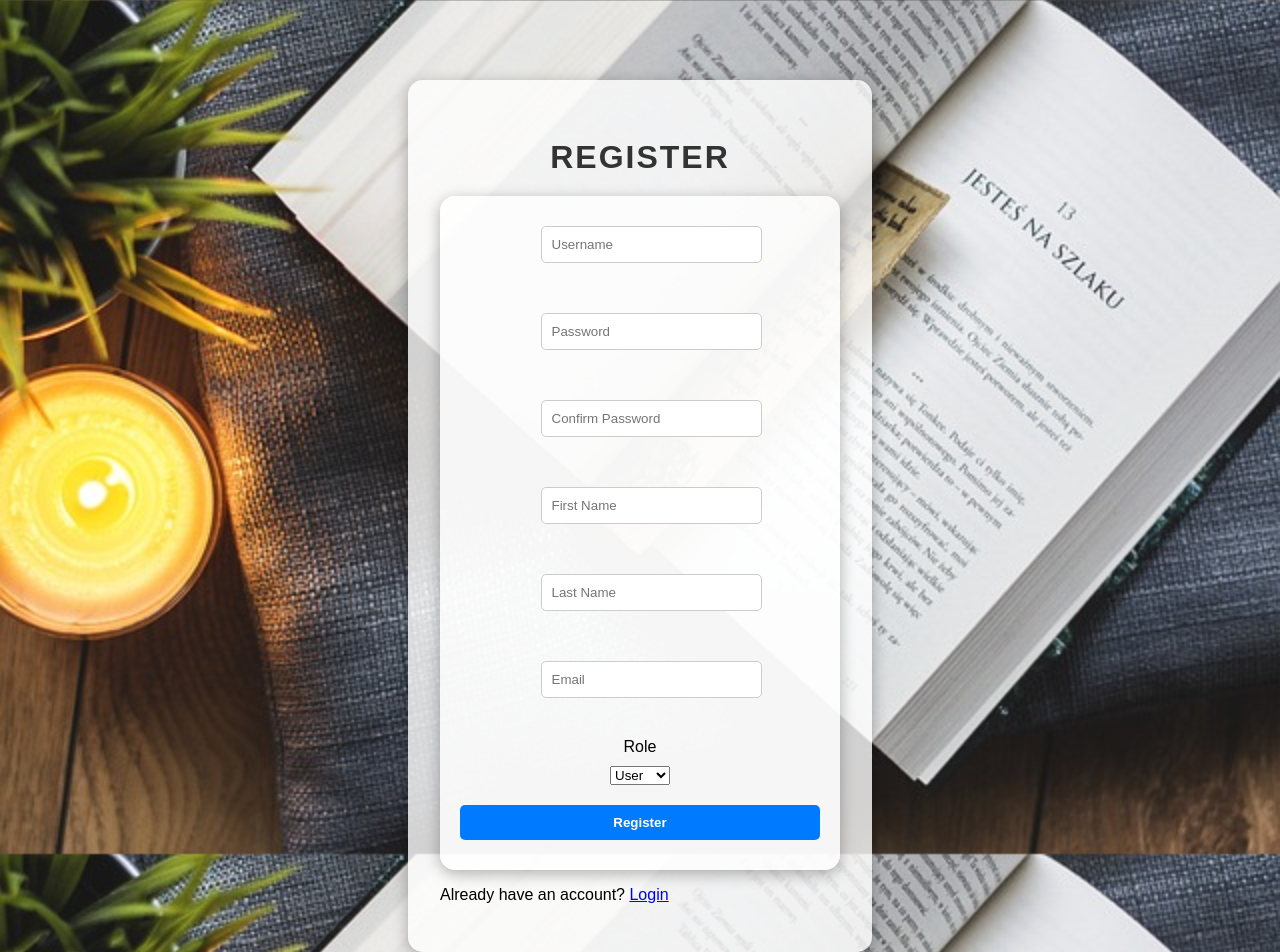
Repository: pavitrapai10/Library_Management_System
Page: http://localhost/register.php
An editor plug-in stored every save of this project. The page is shown before and after a run of saves, followed by the edit.
The browser window is 1280 px wide. The pictures show the whole page.
Backgrounds fixed to the window are drawn as part of the page. The page is run by PHP 8.4 with error messages shown; the project is at /var/www/html/.

Above is the page before, as saved 2025-02-06 11:19:23.

### register.php
<?php
include 'db.php';
$error = '';
$success = '';

if ($_SERVER['REQUEST_METHOD'] == 'POST') {
    $username = trim($_POST['username']);
    $password = trim($_POST['password']);
    $confirmPassword = trim($_POST['confirmPassword']);
    $first_name = trim($_POST['first_name']);
    $last_name = trim($_POST['last_name']);
    $email = trim($_POST['email']);
    $role_name = trim($_POST['role']);

    // Get the role ID based on role name
    $role_query = $conn->prepare("SELECT id FROM roles WHERE role_name = ?");
    $role_query->bind_param("s", $role_name);
    $role_query->execute();
    $role_query->store_result();
    $role_query->bind_result($id);
    $role_query->fetch();

    if (!$id) {
        $error = "Invalid role selected.";
    }

    if (!filter_var($email, FILTER_VALIDATE_EMAIL) || !preg_match('/@gmail\.com$/', $email)) {
        $error = "Please enter a valid Gmail address (e.g., example@gmail.com).";
    }

    if (strlen($password) < 8 ||
        !preg_match('/[A-Z]/', $password) ||
        !preg_match('/[a-z]/', $password) ||
        !preg_match('/\d/', $password) ||
        !preg_match('/[@$!%*?&]/', $password)) {
        $error = "Password must be at least 8 characters long, contain an uppercase letter, a lowercase letter, a number, and a special character.";
    } elseif ($password !== $confirmPassword) {
        $error = "Passwords do not match.";
    }

    if (empty($error)) {
        $hashedPassword = password_hash($password, PASSWORD_DEFAULT);

        $query = "INSERT INTO borrowers (username, password, first_name, last_name, email, created_at, role_id)
                  VALUES (?, ?, ?, ?, ?, NOW(), ?)";
        $stmt = $conn->prepare($query);

        if ($stmt) {
            $stmt->bind_param("sssssi", $username, $hashedPassword, $first_name, $last_name, $email, $id);

            try {
                $stmt->execute();
                $success = "User registered successfully!";
            } catch (mysqli_sql_exception $e) {
                if (strpos($e->getMessage(), "for key 'borrowers.username'") !== false) {
                    $error = "Username already exists. Please choose a different one.";
                } elseif (strpos($e->getMessage(), "for key 'borrowers.email'") !== false) {
                    $error = "Email already exists. Please use a different one.";
                } else {
                    $error = "Failed to register user. Please try again.";
                }
            }
        } else {
            $error = "Failed to prepare the statement. Please contact support.";
        }
    }
}
?>

<!DOCTYPE html>
<html lang="en">
<head>
    <meta charset="UTF-8">
    <meta name="viewport" content="width=device-width, initial-scale=1.0">
    <title>Register - Library Management</title>
    <link rel="stylesheet" href="style.css">
</head>
<body>
    <div class="form-container">
        <h2>Register</h2>
        <form id="registerForm" method="POST" action="">
            <div class="input-group">
                <input type="text" name="username" placeholder="Username" required>
                <span class="error-message"></span>
            </div>
            <div class="input-group">
                <input type="password" name="password" placeholder="Password" required>
                <span class="error-message"></span>
            </div>
            <div class="input-group">
                <input type="password" name="confirmPassword" placeholder="Confirm Password" required>
                <span class="error-message"></span>
            </div>
            <div class="input-group">
                <input type="text" name="first_name" placeholder="First Name" required>
                <span class="error-message"></span>
            </div>
            <div class="input-group">
                <input type="text" name="last_name" placeholder="Last Name" required>
                <span class="error-message"></span>
            </div>
            <div class="input-group">
                <input type="email" name="email" placeholder="Email" required>
                <span class="error-message"></span>
            </div>
            <label for="role">Role</label>
            <select name="role" id="role" required>
                <option value="user">User</option>
                <option value="admin">Admin</option>
            </select>
            <button type="submit">Register</button>
        </form>

        <!-- Error & Success Messages -->
        <?php if (!empty($error)): ?>
            <div class="error-container"><?php echo htmlspecialchars($error); ?></div>
        <?php endif; ?>

        <?php if (!empty($success)): ?>
            <div class="success-container"><?php echo htmlspecialchars($success); ?></div>
        <?php endif; ?>

        <p>Already have an account? <a href="login.php">Login</a></p>
    </div>
</body>
</html>

### db.php

<?php
$servername = "localhost";
$username = "root";
$password = ""; // Empty if there's no password set
$dbname = "library_management";

// Create connection
$conn = new mysqli($servername, $username, $password, $dbname);

// Check connection and suppress any errors
if ($conn->connect_error) {
    // You can log the error instead of displaying it, e.g., error_log($conn->connect_error);
    die();  // Do not display any error message, but stop further execution
}
?>

### style.css
/* General Body Style (for all pages) */
body {
    font-family: 'Poppins', Arial, sans-serif;
    background: url('img/image.jpg') no-repeat center center fixed;
    background-size: cover;
    height: 100vh;
    margin: 0;
    padding: 0;
    overflow-x: hidden;
    animation: fadeIn 1.5s ease-in-out;

}

/* Fade-in animation for the body */
@keyframes fadeIn {
    from {
        opacity: 0;
    }
    to {
        opacity: 1;
    }
}

/* Header Styling for All Pages */
/* Updated Header Styling for Button Layout */
header {
    background: rgba(76, 175, 80, 0.9);
    color: #fff;
    padding: 1rem 20px;
    display: flex;
    align-items: center;
    justify-content: space-between;
    position: sticky;
    top: 0;
    z-index: 10;
    box-shadow: 0 2px 5px rgba(0, 0, 0, 0.2);
}

.backtobooks-button {
    color: #fff;
    text-decoration: none;
    font-size: 1rem;
    border: 1px solid white;
    padding: 5px 10px;
    border-radius: 5px;
    background: #4CAF50;
    transition: background 0.3s ease, color 0.3s ease;
}

.backtobooks-button:hover {
    background: white;
    color: #4CAF50;
}
.backtoadmin-button {
    color: #fff;
    text-decoration: none;
    font-size: 1rem;
    border: 1px solid white;
    padding: 5px 10px;
    border-radius: 5px;
    background: #4CAF50;
    transition: background 0.3s ease, color 0.3s ease;
}

.backtoadmin-button:hover {
    background: white;
    color: #4CAF50;
}

.header-content {
    display: flex;
    justify-content: space-evenly;
    align-items: center;
    width: 100%;
}

.left-buttons {
    display: flex;
    gap: 15px;
}

.right-buttons {
    margin-left: auto;
}

.logout-button {
    color: #fff;
    text-decoration: none;
    font-size: 1rem;
    border: 1px solid white;
    padding: 5px 10px;
    border-radius: 5px;
    transition: background 0.3s ease, color 0.3s ease;
}

.add-books-button,
.borrow-button,
.log-button,
.borrowbook-button {
    color: #fff;
    text-decoration: none;
    font-size: 1rem;
    border: 1px solid white;
    padding: 5px 10px;
    border-radius: 5px;
    background: #4CAF50;
    transition: background 0.3s ease, color 0.3s ease;
}

.logout-button:hover,
.add-books-button:hover,
.borrow-button:hover,
.log-button:hover,
.borrowbook-button:hover {
    background: white;
    color: #4CAF50;
}
header .backtobooks-button:hover {
    background: white;
    color: #4CAF50;
}
header .backtoadmin-button:hover {
    background: white;
    color: #4CAF50;
}




/* Form Container Styling for Login and Register */
.form-container {
    background: rgba(255, 255, 255, 0.8); /* White background with transparency */
    max-width: 400px;
    width: 90%;
    margin: 5rem auto;
    padding: 2rem;
    box-shadow: 0 4px 15px rgba(0, 0, 0, 0.3); /* Deeper shadow for better effect */
    border-radius: 15px;
    transition: transform 0.3s ease-in-out, box-shadow 0.3s ease-in-out;
}

.form-container:hover {
    transform: scale(1.03);
    box-shadow: 0 6px 20px rgba(0, 0, 0, 0.4);
}

/* Input and Button Styling for Forms */
input, button {
    width: 100%;
    padding: 10px;
    margin: 10px 0;
    border: 1px solid #ccc;
    border-radius: 5px;
    transition: all 0.3s ease;
}

input:focus {
    outline: none;
    border: 1px solid #4CAF50;
    box-shadow: 0 0 10px rgba(76, 175, 80, 0.5);
}

button {
    background: #4CAF50;
    color: #fff;
    border: none;
    cursor: pointer;
    font-weight: bold;
}

button:hover {
    background: #45a049;
    box-shadow: 0 2px 10px rgba(76, 175, 80, 0.4);
    transform: scale(1.05);
}

/* Ensure that form elements are centered */
form {
    display: flex;
    flex-direction: column;
    align-items: center;
    gap: 10px; /* Add spacing between form elements */
}

/* Heading Styling for Login, Register, Edit */
h2 {
    text-align: center;
    font-size: 2rem;
    margin-bottom: 20px;
    color: #333;
    text-transform: uppercase;
    letter-spacing: 2px;
    animation: fadeIn 1.5s ease-in-out;
}

/* Admin Page Styling */
#admin-page {
    display: flex;
    justify-content: center;
    align-items: center;
    flex-direction: column;
    padding: 20px;
    box-sizing: border-box;
    min-height: 80vh; /* Ensures the content stays centered vertically */
    margin: 0 auto;
}

#admin-page table {
    width: 60%; /* Slightly narrower to ensure spaciousness */
    max-width: 200px; /* Limit maximum width */
    margin: 0 auto; /* Center the table horizontally */
    border-collapse: collapse;
    background: white;
    box-shadow: 0 4px 15px rgba(0, 0, 0, 0.2);
    border-radius: 8px;
    overflow: hidden; /* Clip any overflow for smooth rounded corners */
    animation: zoomIn 0.8s ease-in-out;
}

@keyframes zoomIn {
    from {
        transform: scale(0.9);
        opacity: 0;
    }
    to {
        transform: scale(1);
        opacity: 1;
    }
}

#admin-page th,
#admin-page td {
    padding: 20px; /* Increased padding for better readability */
    text-align: left;
    border: 1px solid #ddd;
    font-size: 16px; /* Consistent font size */
}

#admin-page th {
    background-color: #4CAF50;
    color: white;
    text-transform: uppercase;
    letter-spacing: 1px;
    font-weight: bold;
}

#admin-page tr:nth-child(even) {
    background-color: #f9f9f9;
}

#admin-page tr:hover {
    background-color: #f1f1f1;
    transform: scale(1.01);
    transition: transform 0.2s ease, background-color 0.2s ease;
}

/* Adjust the header and footer styles within the admin page */
header {
    display: flex;
    justify-content: space-between;
    align-items: center;
    background-color: #4CAF50;
    color: white;
    padding: 15px 20px;
    box-shadow: 0 2px 5px rgba(0, 0, 0, 0.2);
}

footer {
    text-align: center;
    margin-top: 20px;
    padding: 10px;
    background: #4CAF50;
    color: rgb(255, 255, 255);
    position: relative;
    width: 100%;
    box-shadow: 0 -2px 5px rgba(0, 0, 0, 0.1);
}



/* Responsive Adjustments */
@media (max-width: 768px) {
    #admin-page table {
        width: 95%;
    }

    #admin-page th,
    #admin-page td {
        font-size: 14px;
        padding: 12px;
    }
}






/* Books Page Table Styling */
#books-page table {
    width: 100%;
    margin: 20px 0;
    border-collapse: collapse;
    background: rgba(255, 255, 255, 0.95); /* Solid white background for books table */
    box-shadow: 0 4px 15px rgba(0, 0, 0, 0.2);
    transition: box-shadow 0.3s ease-in-out;
}

#books-page table:hover {
    box-shadow: 0 6px 20px rgba(0, 0, 0, 0.3);
}

#books-page th, #books-page td {
    padding: 12px;
    text-align: left;
    border: 1px solid #ddd;
}

#books-page th {
    background-color: #4CAF50;
    color: white;
}

/* Form Styling */
form {
    background: rgba(255, 255, 255, 0.8);
    padding: 20px;
    border-radius: 15px;
    box-shadow: 0 4px 15px rgba(0, 0, 0, 0.3);
}

form input, form button {
    margin: 10px 0;
    padding: 10px;
    width: 100%;
    border-radius: 5px;
}

form button:hover {
    background-color: #45a049;
    transform: scale(1.05);
}







/* Logs Table Styling */
table {
    width: 80%;
    margin: 20px auto;
    border-collapse: collapse;
    box-shadow: 0 4px 8px rgba(0, 0, 0, 0.2);
}

table th, table td {
    padding: 12px 15px;
    text-align: left;
    border: 1px solid #ddd;
}

table th {
    background-color: #4CAF50;
    color: white;
}

table tr:nth-child(even) {
    background-color: #e6e6e6; /* Solid light gray background */
}

table tr:nth-child(odd) {
    background-color: white; /* Solid white background for odd rows */
}

table tr:hover {
    background-color: #d1d1d1; /* Slightly darker gray for hover */
}

/* Close Button Styling */
.close-button {
    background-color: #f44336; /* Red background */
    color: white;
    padding: 10px 15px; /* Adjusted padding for a balanced look */
    border: none;
    border-radius: 5px;
    cursor: pointer;
    font-size: 14px;
    font-weight: bold;
    text-transform: uppercase;
    transition: background-color 0.3s ease, transform 0.2s ease;
    margin-left: 10px; /* Adds spacing if placed next to other buttons */
    display: inline-block; /* Ensures consistent alignment */
}

.close-button:hover {
    background-color: #e53935; /* Darker red on hover */
    transform: scale(1.05); /* Slight zoom effect on hover */
    box-shadow: 0 4px 10px rgba(229, 57, 53, 0.4); /* Adds a subtle shadow */
}

.close-button:active {
    transform: scale(0.95); /* Pressed effect */
    background-color: #d32f2f; /* Slightly darker red for active state */
}

/* Common button styles */

.edbutton {
    display: inline-block;
    padding: 6px 12px;
    font-size: 14px;
    border: none;
    border-radius: 4px;
    text-decoration: none;
    cursor: pointer;
    color: white;
}

/* Admin button styles */
.edit-button {
    background-color: #4CAF50;
}

.delete-button {
    background-color: #f44336;
}

/* Disabled button */
.disabled-button {
    background-color: #cccccc;
    color: #666666;
    cursor: not-allowed;
}

/* Regular user self-edit button with distinct color */
.self-edit-button {
    background-color: #2196F3;
    color: white;
    font-style: italic;
}

/* Hover effect for all active buttons */
.edbutton:hover:not(.disabled-button) {
    opacity: 0.8;
}
.error-message {
    color: red;
    font-size: 0.9em;
    margin-top: 5px;
    display: block;
}

.error-container {
    background-color: #f8d7da;
    color: #842029;
    border: 1px solid #f5c2c7;
    padding: 10px;
    border-radius: 5px;
    margin-top: 10px;
}

.input-group {
    margin-bottom: 15px;
}

button {
    background-color: #007bff;
    color: white;
    padding: 10px 20px;
    border: none;
    border-radius: 5px;
    cursor: pointer;
}

button:hover {
    background-color: #0056b3;
}

After the next 2 saves:
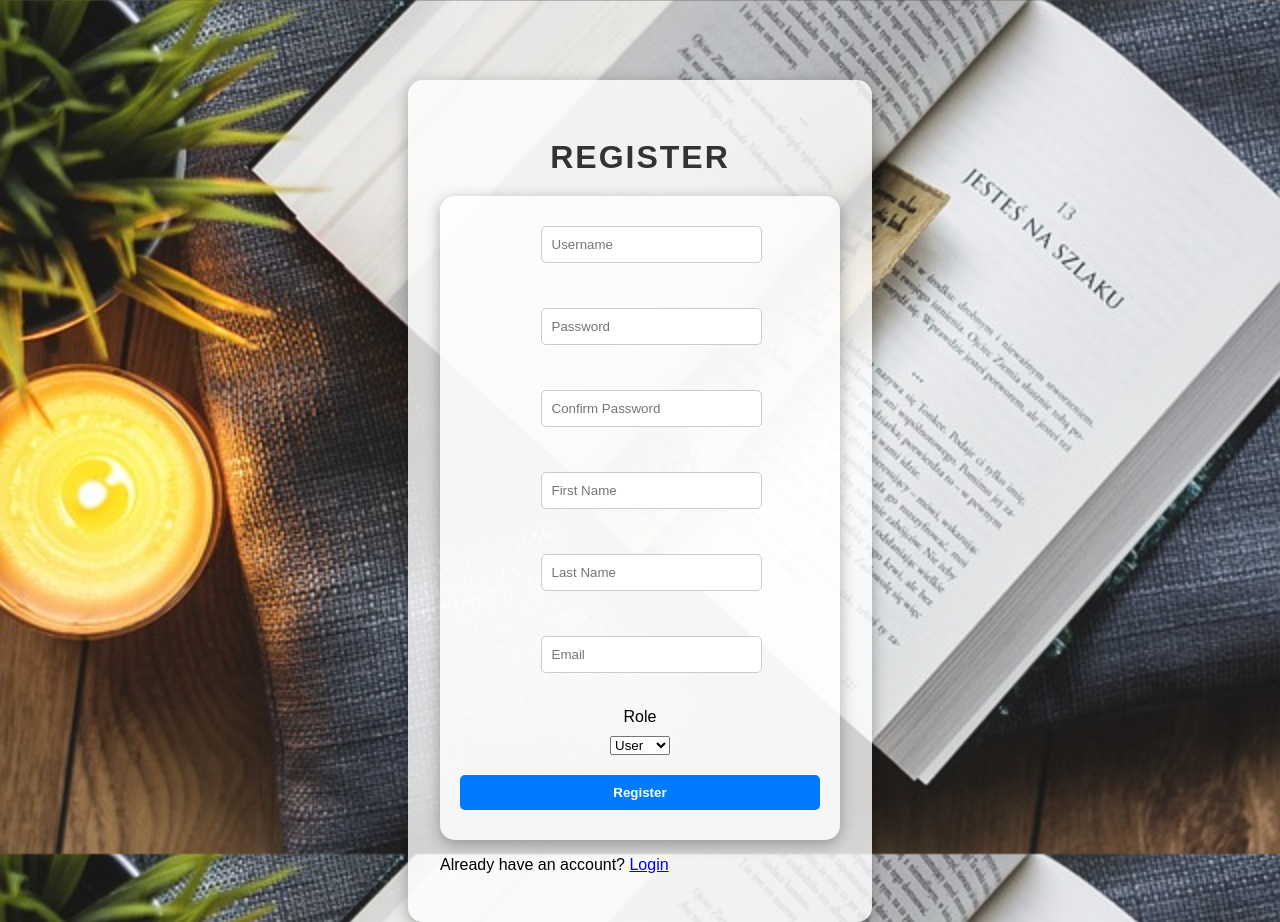
The 2 saves are shown as one change because they came seconds apart.
The last was saved 18 s later.
--- a/style.css
+++ b/style.css
@@ -445,13 +445,6 @@ table tr:hover {
 .edbutton:hover:not(.disabled-button) {
     opacity: 0.8;
 }
-.error-message {
-    color: red;
-    font-size: 0.9em;
-    margin-top: 5px;
-    display: block;
-}
-
 .error-container {
     background-color: #f8d7da;
     color: #842029;
@@ -461,6 +454,15 @@ table tr:hover {
     margin-top: 10px;
 }
 
+.success-container {
+    background-color: #d4edda;
+    color: #155724;
+    border: 1px solid #c3e6cb;
+    padding: 10px;
+    border-radius: 5px;
+    margin-top: 10px;
+}
+
 .input-group {
     margin-bottom: 15px;
 }
